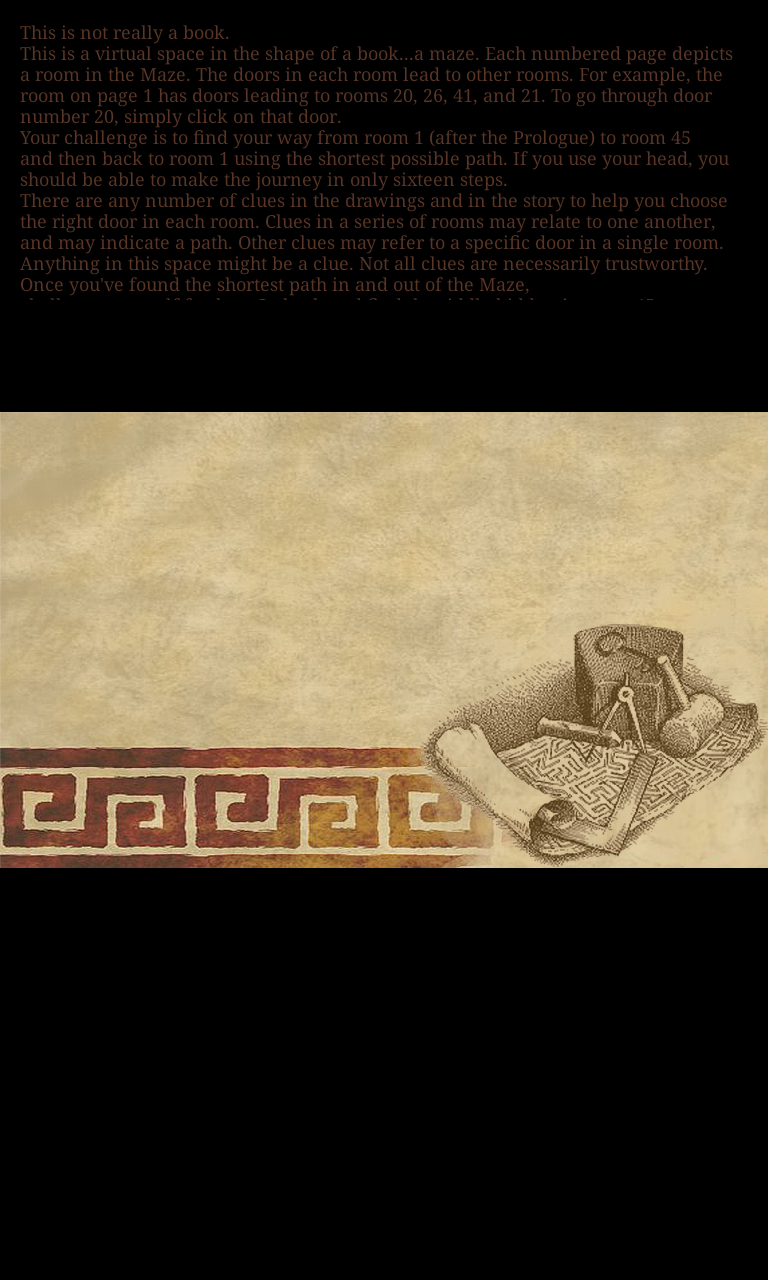
Repository: RandyLedbetter/maze
Layout: MazeTest/res/layout/activity_directions.xml
These files come from the project's save history. The layout is drawn as it stood at one moment and after the next save; the edit follows.
It is drawn on a 768 x 1280 px phone screen (xhdpi) without system bars, with theme android:Theme.NoTitleBar.Fullscreen; the app's code is not run.

Above is the layout before, as saved 2014-04-25 01:32:30.

After the next save:
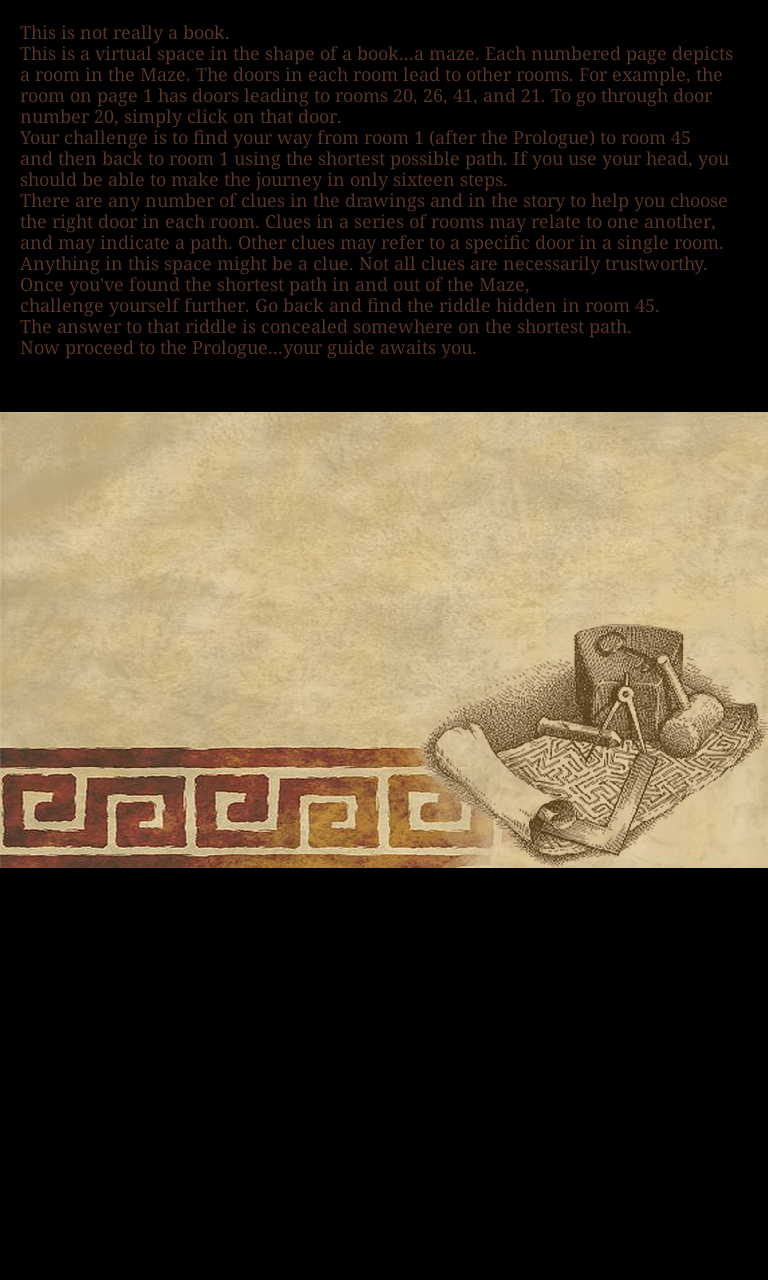
Saved 4 s later.
--- a/MazeTest/res/layout/activity_directions.xml
+++ b/MazeTest/res/layout/activity_directions.xml
@@ -15,7 +15,7 @@
 
  	<TextView
  	    android:layout_width="match_parent"
- 	    android:layout_height="160dp"
+ 	    android:layout_height="209dp"
  	    android:padding="10dp"
  	    android:paddingBottom="0dp"
  	    android:text="@string/directions"
